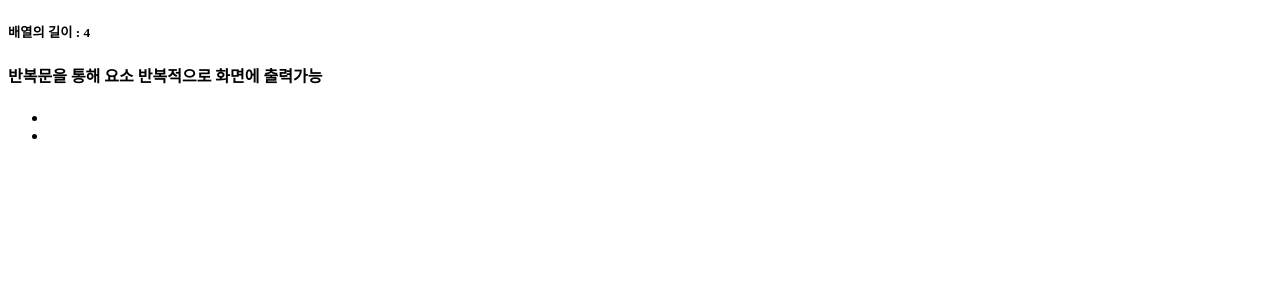
Repository: pje00427/webserver_workspace1
Page: http://localhost/2_JSP/views/01_ScriptingElement.jsp
The author's editor kept a copy of each file at every save. The page is drawn from the files as they stood at one save, then again after the next save.
The browser window is 1280 px wide. The pictures show the whole page.
The page is served by Tomcat 9.

Above is the page before, as saved 2020-08-31 01:42:48.

### 2_JSP/WebContent/views/01_ScriptingElement.jsp
<%@ page language="java" contentType="text/html; charset=UTF-8"
    pageEncoding="UTF-8"%>
<!DOCTYPE html>
<html>
<head>
<meta charset="UTF-8">
<title>Insert title here</title>
</head>
<body>
	<!-- HTML 주석 : 개발자도구 탭에 노출됨 -->
	<%-- JSP 주석 : 개발자도구 탭에 노출 안됨 --%>
	<%--
	<% // 스크립틀릿 : 이안에 일반적인 자바 코드 작성가능 (변수 선언 및 초기화 제어문 등등 ..)
		int sum = 0;

		for(int i=1; 1<=100; i++){
			sum += i;
		}

		//System.out.println("덧셈끝! 결과 : " + sum);
	%>*/

	<p>
		화면으로 출력하고자 한다면 <br>
		스크립틀릿이용해서 출력 가능  : <% out.println(sum); %>
		표현식(출력식)으로 출력 가능 : <%= sum %>
	</p>
	--%>

	<%
		String[] name = {"김말똥", "홍길동", "이순신", "강개순"};
	%>

	<h5>배열의 길이 : <%= name.length %></h5>
	<h4>반복문을 통해 요소 반복적으로 화면에 출력가능</h4>

	<ul>
		<li></li>
		<li></li>
	</ul>
</body>
</html>

After the next save:
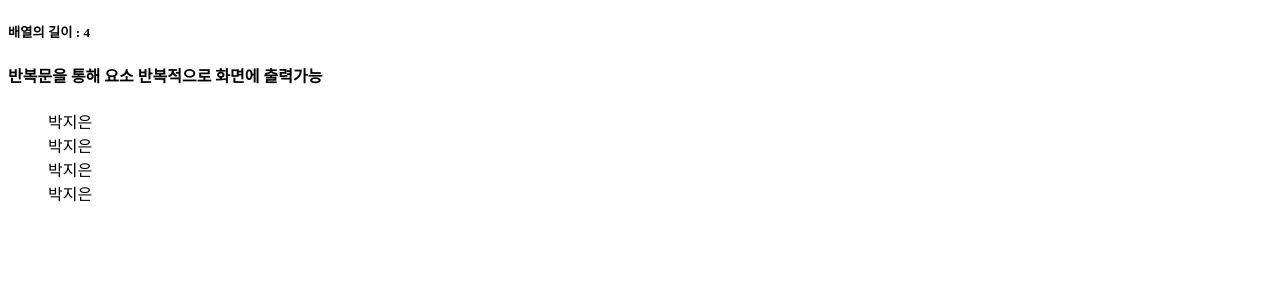
Saved 108 s later.
--- a/2_JSP/WebContent/views/01_ScriptingElement.jsp
+++ b/2_JSP/WebContent/views/01_ScriptingElement.jsp
@@ -35,8 +35,9 @@
 	<h4>반복문을 통해 요소 반복적으로 화면에 출력가능</h4>
 
 	<ul>
-		<li></li>
-		<li></li>
+		<% for(int i=0; i<name.length; i++){ %>
+			박지은<br>
+		<%} %>
 	</ul>
 </body>
 </html>

After the save that followed:
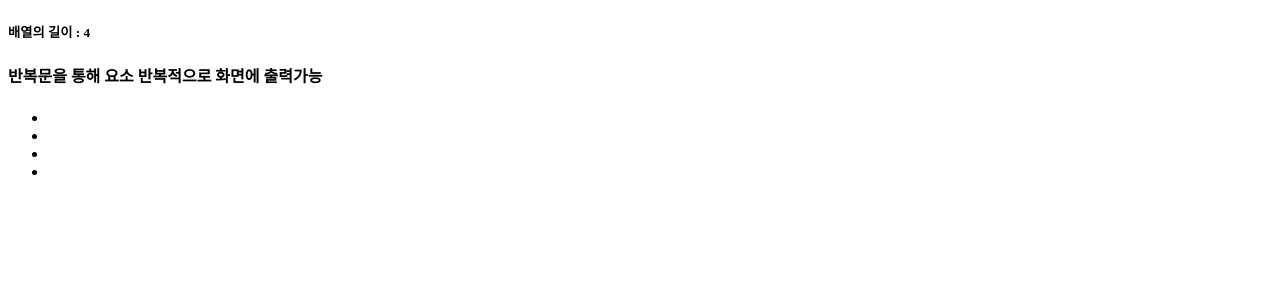
Saved 16 s later.
--- a/2_JSP/WebContent/views/01_ScriptingElement.jsp
+++ b/2_JSP/WebContent/views/01_ScriptingElement.jsp
@@ -36,7 +36,7 @@
 
 	<ul>
 		<% for(int i=0; i<name.length; i++){ %>
-			박지은<br>
+			<li></li>
 		<%} %>
 	</ul>
 </body>
